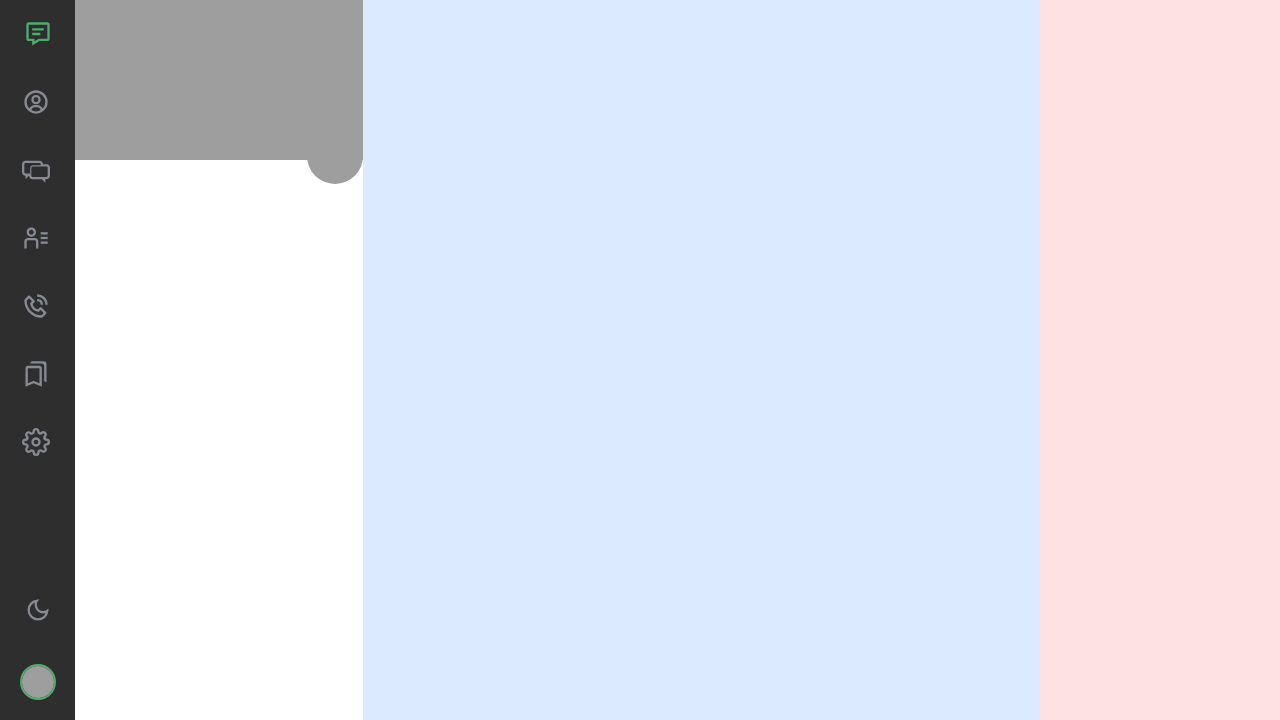
Repository: satya-ranjon/Chat-app
Page: /
These files come from the project's save history. The page is drawn as it stood at one moment and after the next save; the edit follows.
The browser window is 1280 px wide. The pictures show the whole page.
Pictures or frames that could not be fetched are drawn as grey boxes. The project was rebuilt for these pictures with package versions that can differ from the ones it lists, and the page was loaded fresh each time.

Above is the page before, as saved 2022-03-31 03:17:58.

### src/index.js
import * as ReactDOMClient from "react-dom/client";
import "./index.css";
import App from "./App";

const root = ReactDOMClient.createRoot(document.getElementById("root"));
root.render(<App />);

### src/App.jsx
import React from "react";
// import Chats from "./components/Chats/Chats";
import MyProfile from "./components/MyProfile/MyProfile";
import SideBarManu from "./components/SideBarManu";
import UserChat from "./components/UserChat";
import UserProfileSidebar from "./components/UserProfileSidebar";

export default function App() {
  return (
    <div className="flex">
      <SideBarManu />
      {/* <Chats /> */}
      <MyProfile />
      <UserChat />
      <UserProfileSidebar />
    </div>
  );
}

### src/components/MyProfile/MyProfile.jsx
import React from "react";
import UserImage from "../UserImage";
const Image =
  "https://img.freepik.com/free-photo/interior-wall-mockup-green-wall-wooden-cabinet-3d-rendering_41470-3959.jpg?w=996";

export default function MyProfile() {
  return (
    <div className="w-72 h-screen ">
      <div className="relative">
        <img src={Image} alt={Image} className="w-full h-40" />
        <UserImage className="w-14 h-14 rounded-full absolute  -bottom-6 right-0" />
      </div>
    </div>
  );
}

### src/components/SideBarManu.jsx
import React, { useState } from "react";
import { BiMessageDetail, BiUserCircle, BiPhoneCall } from "react-icons/bi";
import { TiMessages } from "react-icons/ti";
import { CgUserList } from "react-icons/cg";

import {
  MdOutlineBookmarks,
  MdOutlineDarkMode,
  MdOutlineLightMode,
} from "react-icons/md";
import { FiSettings } from "react-icons/fi";
import UserImage from "./UserImage";

export default function SideBarManu() {
  const [toggle, setToggle] = useState(true);
  return (
    <div className="w-[75px] h-screen bg-[#2e2e2e] flex flex-col justify-between">
      <div className="flex flex-col">
        <BiMessageDetail
          color="#4eac6d"
          className="text-center  m-5 cursor-pointer mx-auto "
          size={28}
        />
        <div
          className={` ${
            toggle ? `border-[#2e2e2e]` : `border-[#4eac6d]`
          } border-r-4 transition-all duration-200  `}
          onClick={() => setToggle((prev) => !prev)}
        >
          <BiUserCircle
            color={toggle ? `#878a92` : `#4eac6d`}
            className="text-center  m-5 cursor-pointer mx-auto   "
            size={28}
          />
        </div>
        <div className="border-r-4 border-[#2e2e2e] transition-all duration-200 ">
          <TiMessages
            color="#878a92"
            className="text-center  m-5 cursor-pointer mx-auto"
            size={28}
          />
        </div>
        <div className="border-r-4 border-[#2e2e2e] transition-all duration-200 ">
          <CgUserList
            color="#878a92"
            className="text-center  m-5 cursor-pointer mx-auto"
            size={28}
          />
        </div>
        <div className="border-r-4 border-[#2e2e2e] transition-all duration-200 ">
          <BiPhoneCall
            color="#878a92"
            className="text-center  m-5 cursor-pointer mx-auto"
            size={28}
          />
        </div>
        <div className="border-r-4 border-[#2e2e2e] transition-all duration-200 ">
          <MdOutlineBookmarks
            color="#878a92"
            className="text-center  m-5 cursor-pointer mx-auto"
            size={28}
          />
        </div>
        <div className="border-r-4 border-[#2e2e2e] transition-all duration-200 ">
          <FiSettings
            color="#878a92"
            className="text-center  m-5 cursor-pointer mx-auto"
            size={28}
          />
        </div>
      </div>
      <div className="flex flex-col">
        <MdOutlineDarkMode
          color="#878a92"
          className="text-center  m-5 cursor-pointer mx-auto"
          size={28}
        />
        {/* <MdOutlineLightMode
          color="#878a92"
          className="text-center  m-5 cursor-pointer mx-auto"
          size={28}
        /> */}
        <UserImage className="w-9 h-9 rounded-full mx-auto  m-5 border-2 border-[#4eac6d]" />
      </div>
    </div>
  );
}

### src/components/UserChat.jsx
import React from "react";

export default function UserChat() {
  return <div className="flex-grow h-screen bg-blue-100"></div>;
}

### src/components/UserProfileSidebar.jsx
import React from "react";

export default function UserProfileSidebar() {
  return <div className="w-60 h-screen bg-red-100"></div>;
}

### src/components/UserImage.jsx
import React from "react";

export default function UserImage({ className }) {
  return (
    <img
      className={className}
      src="https://media.istockphoto.com/photos/smiling-man-outdoors-in-the-city-picture-id1179420343"
      alt="profile pic"
    />
  );
}

Loaded but not shown: public/index.html (common file); src/index.css (common file); tailwind.config.js (common file)

After the next save:
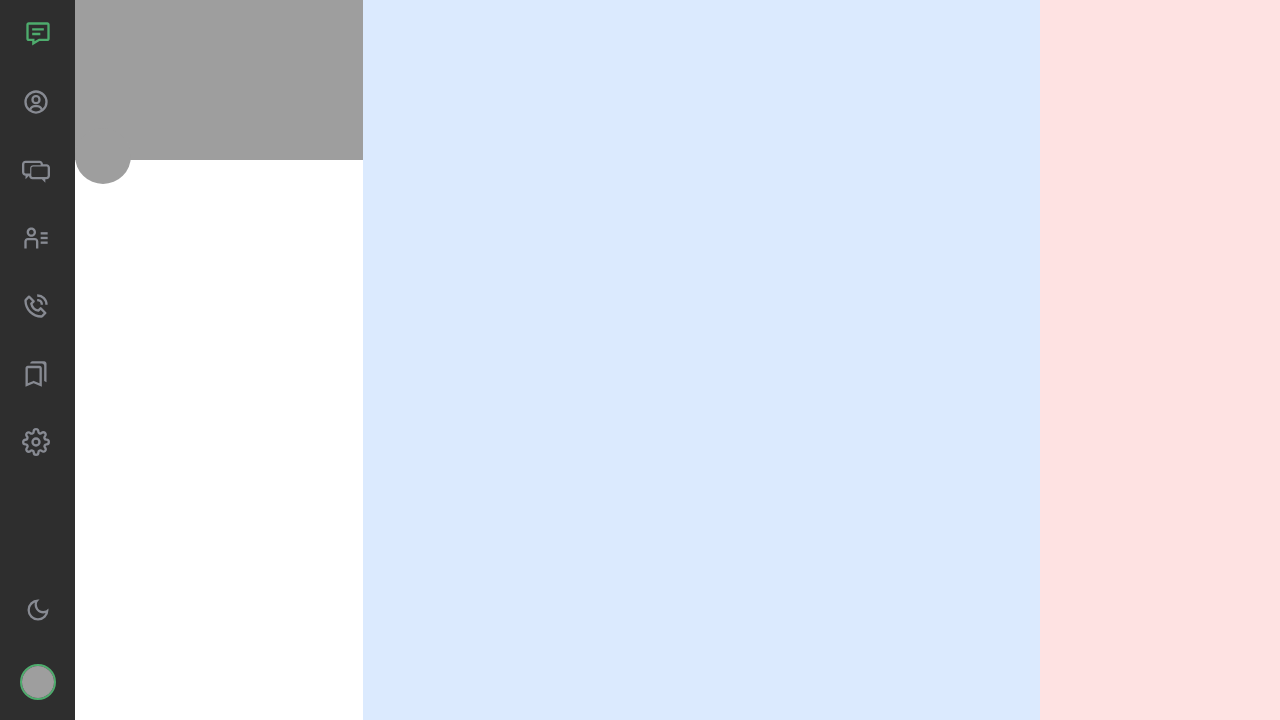
Saved 6 s later.
--- a/src/components/MyProfile/MyProfile.jsx
+++ b/src/components/MyProfile/MyProfile.jsx
@@ -8,7 +8,7 @@ export default function MyProfile() {
     <div className="w-72 h-screen ">
       <div className="relative">
         <img src={Image} alt={Image} className="w-full h-40" />
-        <UserImage className="w-14 h-14 rounded-full absolute  -bottom-6 right-0" />
+        <UserImage className="w-14 h-14 rounded-full absolute  -bottom-6 right-26" />
       </div>
     </div>
   );
